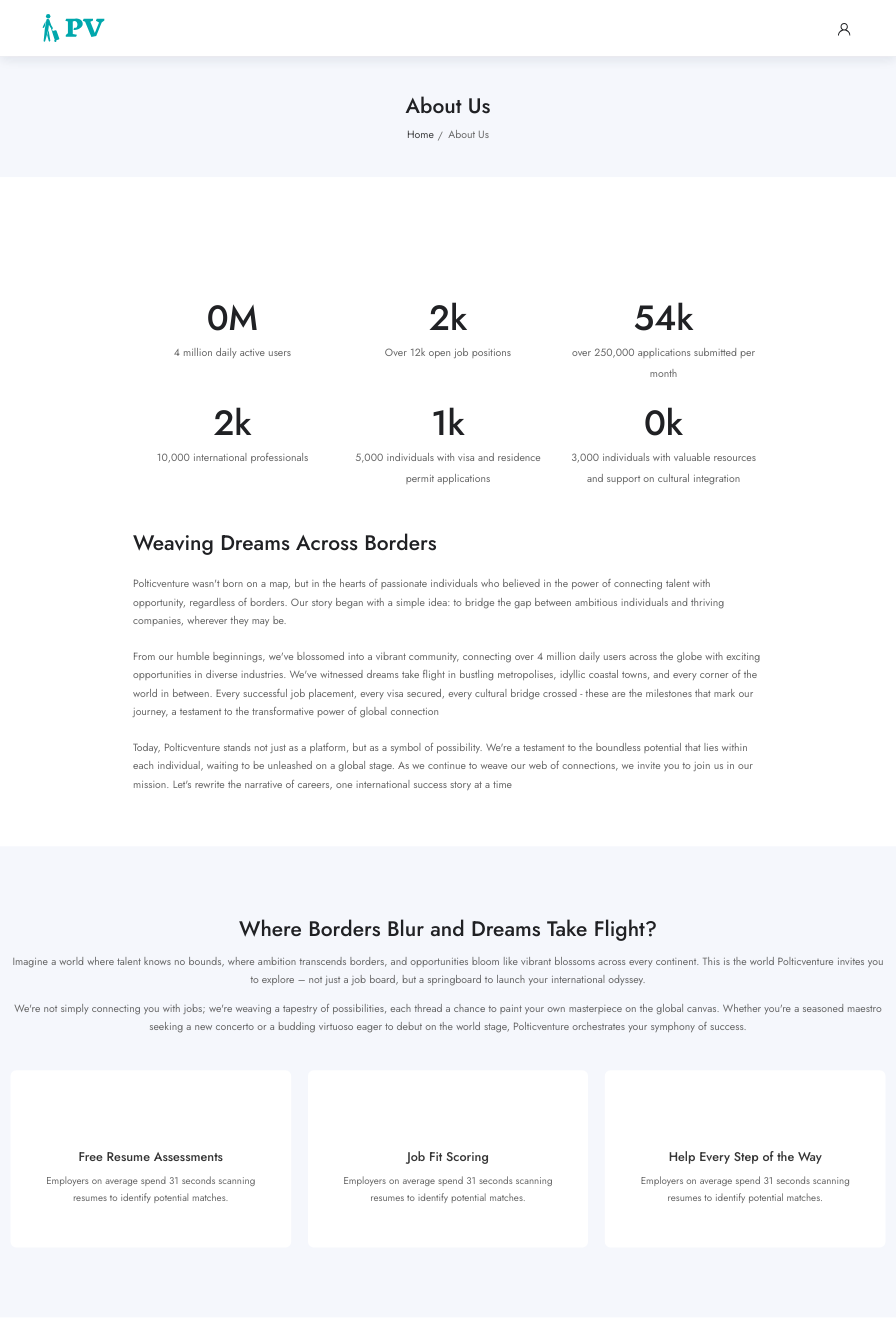
Repository: greatchriz/job
Page: http://localhost/about-us
These files come from the project's save history. The page is drawn as it stood at one moment and after the next save; the edit follows.
The browser window is 1280 px wide. The pictures show the part of the page from y = 0 to 1920 px (the page is 4323 px tall before and 4020 px after), at 70% of full size.
The page is served by the project's Laravel application, run on PHP 8.4 with Laravel 10.

Above is the page before, as saved 2023-12-14 10:23:27.

After the next save:
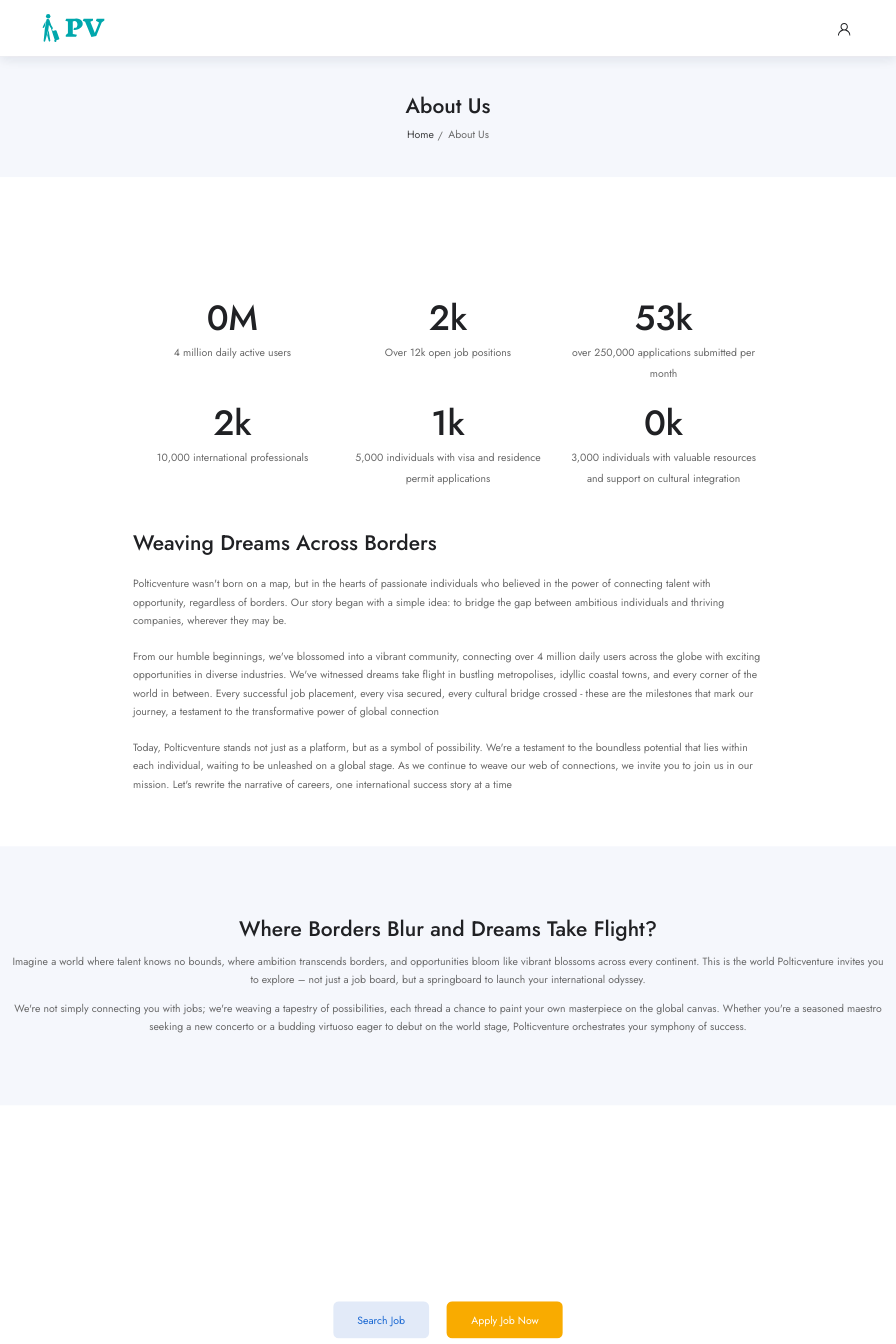
Saved 10 s later.
--- a/resources/views/main-pages/about-us.blade.php
+++ b/resources/views/main-pages/about-us.blade.php
@@ -89,7 +89,7 @@
         </div>
       </div>
 
-      <div class="row">
+      {{-- <div class="row">
         <!-- Work Block -->
         <div class="work-block col-lg-4 col-md-6 col-sm-12">
           <div class="inner-box">
@@ -117,7 +117,7 @@
           </div>
         </div>
 
-      </div>
+      </div> --}}
     </div>
   </section>
   <!-- End Work Section -->

After the save that followed:
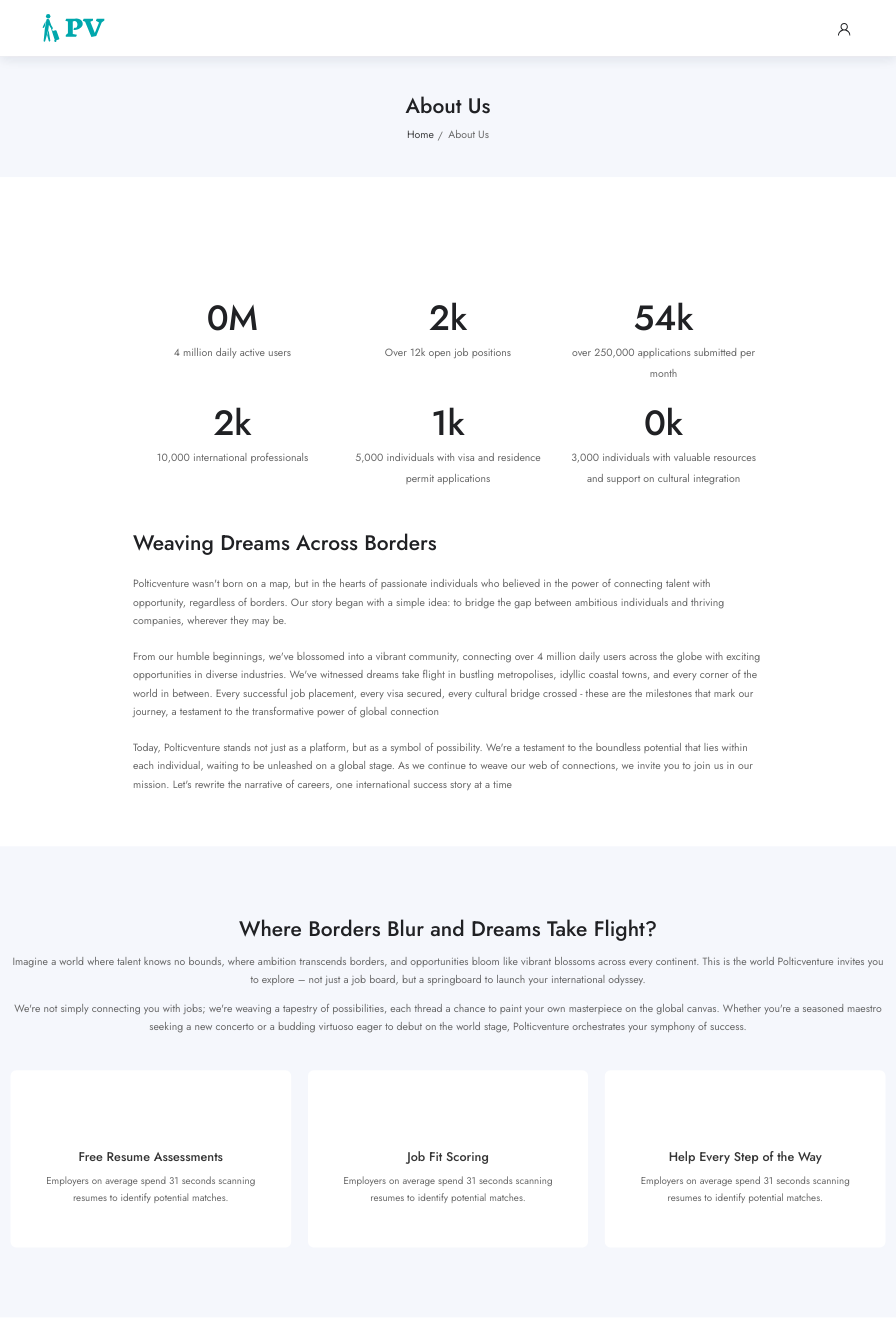
Saved 30 s later.
--- a/resources/views/main-pages/about-us.blade.php
+++ b/resources/views/main-pages/about-us.blade.php
@@ -89,7 +89,7 @@
         </div>
       </div>
 
-      {{-- <div class="row">
+      <div class="row">
         <!-- Work Block -->
         <div class="work-block col-lg-4 col-md-6 col-sm-12">
           <div class="inner-box">
@@ -117,7 +117,7 @@
           </div>
         </div>
 
-      </div> --}}
+      </div>
     </div>
   </section>
   <!-- End Work Section -->
